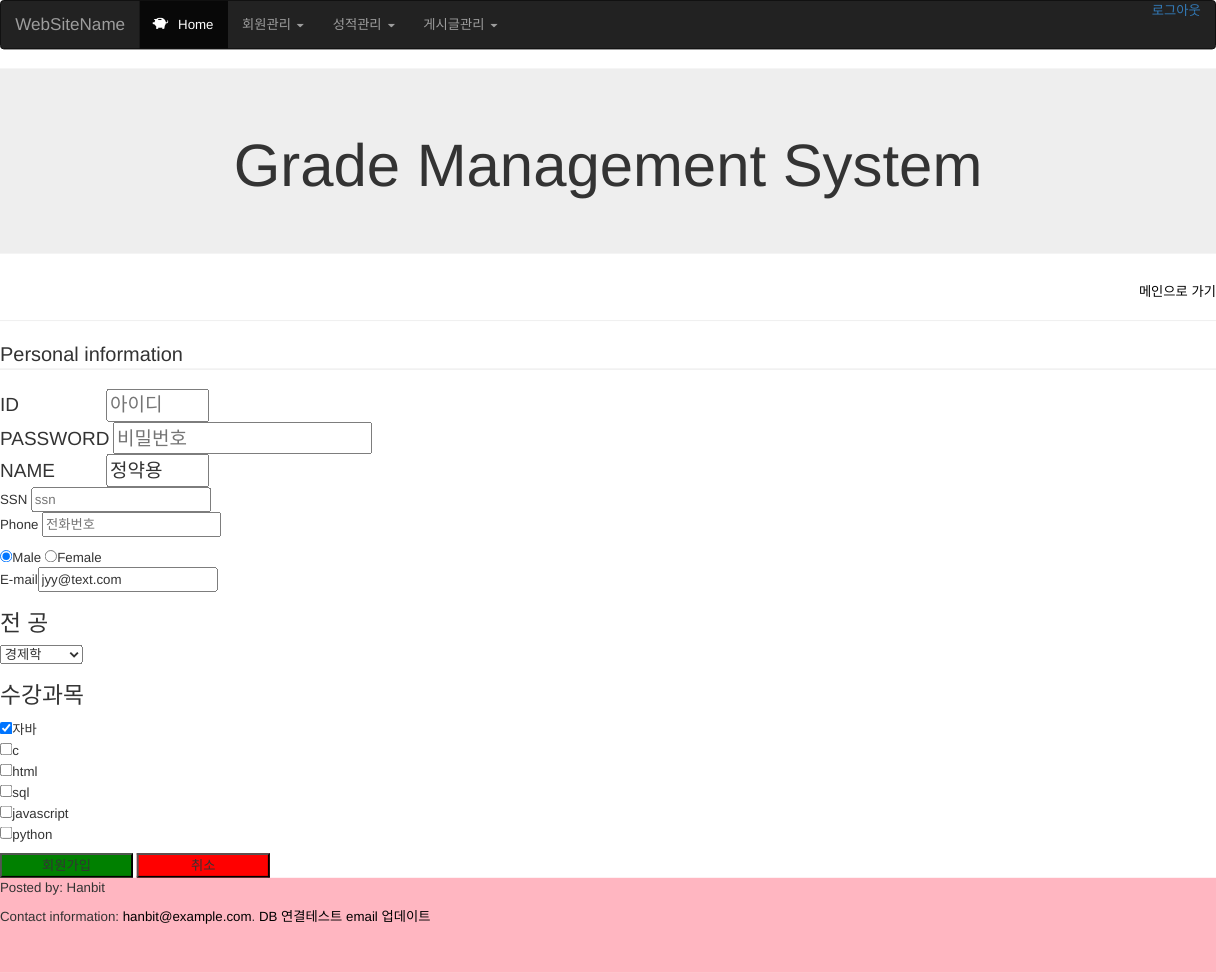
Repository: jeonghyunseok/GMSUI
Page: http://localhost/GMS2/WEB-INF/view/member/member_add.jsp
An editor plug-in stored every save of this project. The page is shown before and after the next save, followed by the edit.
The browser window is 1280 px wide. The pictures show the whole page, at 95% of full size.
Some web libraries are served in a nearby version. The page is served by Tomcat 9. Nobody is signed in. Other server files are loaded and not shown. The template is opened directly, without the code that normally fills it, so the values that code supplies are empty.

Above is the page before, as saved 2017-08-16 08:28:50.

### GMS2/WebContent/WEB-INF/view/member/member_add.jsp
<%@ page language="java" contentType="text/html; charset=UTF-8"
	pageEncoding="UTF-8"%>
	<jsp:include page="../common/common_head.jsp"/>
		<hr />
		<div id="container">
			<form id="join_form" onsubmit="memberAdd()" >
				<fieldset>
					<legend>Personal information</legend>
					<span id="join_id">ID</span>
					<input name="id" id="join_id" type="text" placeholder="아이디" /><br />

					<span id="join_pass">PASSWORD</span>
					<input name="password" id="join_pass" type="password" placeholder="비밀번호" /><br />

					<span id="join_name">NAME</span>
					<input name="name" id="join_name" type="text" value="정약용"	placeholder="이름" /><br />

					<span id="join_ssn">SSN</span>
					<input name="ssn" id="join_ssn" type="text" placeholder="ssn" /><br />

					<span id="join_phone">Phone</span>
					<input name="phone" id="join_phone" type="text" placeholder="전화번호" /><br />
					<p></p>
					<input type="radio" name="gender" value="male" checked/>Male
					<input type="radio" name="gender" value="female">Female <br />
					E-mail<input type="email" name="email" value="jyy@text.com"/> <br />
					<h3>전 공</h3>
					<select name="major_id">
						<option value="computer">컴퓨터공학</option>
						<option value="economics" selected>경제학</option>
						<option value="tourism">관광학</option>
						<option value="art">미술학</option>
					</select><br />
					<h3>수강과목</h3>
					<input type="checkbox" name="subject" value="java" checked />자바<br />
					<input type="checkbox" name="subject" value="c" />c <br /> <input
						type="checkbox" name="subject" value="html" />html<br /> <input
						type="checkbox" name="subject" value="sql" />sql<br /> <input
						type="checkbox" name="subject" value="javascript" />javascript<br />
					<input type="checkbox" name="subject" value="python" />python<br />
					<p></p>
					<input id="join_yes_btn" type="submit" value="회원가입" />
					<input id="join_no_btn" type="reset" value="취소"/>
					<input type="hidden" name="page" vlaue="main"/>
					<input type="hidden" name="action" vlaue="join"/>
				</fieldset>
			</form>
		</div>

		<script>
		function memberAdd(){
			var form=document.getElementById('join_form');
			form.setAttribute('action','${ctx}/member.do');
			form.setAttribute('method','post');
			form.submit();
			return true;
			var join_id = document.getElementById("join_id").value;
			var join_pass = document.getElementById("join_pass").value;
			var join_name = document.getElementById("join_name").value;
			var join_phone = document.getElementById("join_phone").value;
			var join_ssn = document.getElementById("join_ssn").value;
			if(join_id===""){
				alert('ID를 입력해 주세요');
				return false;
			}
			if(join_pass===""){
				alert('PASSWORD를 입력해 주세요');
				return false;
			}
			if(join_name===""){
				alert('name를 입력해 주세요');
				return false;
			}
			if(join_phone===""){
				alert('phone를 입력해 주세요');
				return false;
			}
			if(join_ssn===""){
				alert('ssn를 입력해 주세요');
				return false;
			}
		}
		</script>
<jsp:include page="../common/footer.jsp"></jsp:include>

### GMS2/WebContent/WEB-INF/view/common/common_head.jsp
<%@ page language="java" contentType="text/html; charset=UTF-8" pageEncoding="UTF-8"%>

<!DOCTYPE html>
<html>
<head>
<meta charset="UTF-8" name="viewport"
	content="width=device-width, initial-scale=1.0">
<title>Student detail</title>

<link rel="stylesheet" href="${ctx}/resources/css/common.css" />
<link rel="stylesheet" href="${ctx}/resources/css/member.css" />
 <link rel="stylesheet" href="https://maxcdn.bootstrapcdn.com/bootstrap/3.3.7/css/bootstrap.min.css">

 <script src="https://ajax.googleapis.com/ajax/libs/jquery/3.2.0/jquery.min.js"></script>
 <script src="https://maxcdn.bootstrapcdn.com/bootstrap/3.3.7/js/bootstrap.min.js"></script>
</head>
<body>
	<div id="wrapper">
		<header>
	    <jsp:include page="navbar.jsp"></jsp:include>
		<div class="jumbotron text-center">
		<h1>Grade Management System</h1>
        </div>
		</header>
	<a id="go_main" href="/index.jsp">메인으로 가기</a><br />

### GMS2/WebContent/WEB-INF/view/common/navbar.jsp
<%@ page language="java" contentType="text/html; charset=UTF-8" pageEncoding="UTF-8"%>
<nav class="navbar navbar-inverse">
  <div class="container-fluid">
    <div class="navbar-header">
      <a class="navbar-brand" href="#">WebSiteName</a>
    </div>
  	  <ul class="nav navbar-nav">
  	   <li class="active"><a id="nav_move"><span class="glyphicon glyphicon-piggy-bank"></span> &nbsp; Home</a></li>

		<li class="dropdown">
      <a href="#" class="dropdown-toggle"
      	data-toggle="dropdown" role="button"
      	aria-haspopup="true"
      	aria-expanded="false">회원관리 <span class="caret">
      	</span></a>

      	<ul id="navbar_drop_stu" >
   		<li><a >학생추가</a></li>
   		<li><a >학생목록</a></li>
   		<li><a >학생조회</a></li>
   		<li ></li>
   		<li><a >학생삭제</a></li>
      	</ul>
      	</li>

      	<li class="dropdown">
      <a href="#" class="dropdown-toggle"
      	data-toggle="dropdown" role="button"
      	aria-haspopup="true"
      	aria-expanded="false">성적관리 <span class="caret">
      	</span></a>
      	<ul id="navbar_drop_grade">
   		<li><a >성적추가</a></li>
   		<li><a >성적목록</a></li>
   		<li><a >성적조회</a></li>
   		<li ></li>
   		<li><a >성적 삭제</a></li>
      	</ul>
      	</li>

      	<li class="dropdown">
       <a href="#" class="dropdown-toggle"
       	data-toggle="dropdown" role="button"
      	aria-haspopup="true"
      	aria-expanded="false">게시글관리 <span class="caret">
      	</span></a>
      	<ul id="navbar_drop_board" >
   		<li><a >게시글추가</a></li>
   		<li><a >게시글목록</a></li>
   		<li><a >게시글조회</a></li>
   		<li ></li>
   		<li><a >게시글 삭제</a></li>
      	</ul>
      	</li>
   	 </ul>
   		<span class="gms-float-right" style="color:white"> ${sessionScope.user.name} &nbsp;
   		 <a  id="logout" >로그아웃</a></span>
	</div>
</nav>
	<script>

		function logout(dir,page){
		location.href="${ctx}/"+dir+".do?action=move&page="+page;
		return true;
		}

		function moveTo(dir,page){
			location.href="${ctx}/"+dir+".do?action=move&page="+page;
			}

		function deleteTarget(target){
	 		prompt(target+'의 ID?');
	 	}
		function mainLoad(){

			var u1=document.getElementById("main_ul_stu");
		 	var u2=document.getElementById("main_ul_grade");
		 	var u3=document.getElementById("main_ul_board");

		 u1.setAttribute("class","list-group");
		 u2.setAttribute("class","list-group");
		 u3.setAttribute("class","list-group");

		 	var u1c=u1.children;
		 	var u2c=u2.children;
		 	var u3c=u3.children;

		 	var i;
		 	for(i=0;i<u1c.length;i++){
		 		u1c[i].setAttribute("class","list-group-item");
		 	}

		 	for(i=0;i<u2c.length;i++){
		 		u2c[i].setAttribute("class","list-group-item");
		 	}
		 	for(i=0;i<u3c.length;i++){
		 		u3c[i].setAttribute("class","list-group-item");
		 	}

		 	u1c[0].setAttribute("onclick","moveTo('member','member_add')")
		 	u1c[1].setAttribute("onclick","moveTo('member','member_list')")
		 	u1c[2].setAttribute("onclick","moveTo('member','member_search')")
		 	u1c[3].setAttribute("onclick","moveTo('member','member_update')")
		 	u1c[4].setAttribute("onclick","deleteTarget('학생')")

		 	u2c[0].setAttribute("onclick","moveTo('grade','grade_add')")
		 	u2c[1].setAttribute("onclick","moveTo('grade','grade_list')")
			u2c[2].setAttribute("onclick","moveTo('grade','grade_detail')")
		 	u2c[3].setAttribute("onclick","moveTo('grade','grade_update')")
		 	u2c[4].setAttribute("onclick","deleteTarget('성적')");

		 	u3c[0].setAttribute("onclick","moveTo('board','board_add')")
		 	u3c[1].setAttribute("onclick","moveTo('board','board_list')")
		 	u3c[2].setAttribute("onclick","moveTo('board','board_update')")
		 	u3c[3].setAttribute("onclick","deleteTarget('게시글')")

		}

		function navbarLoad(){

			var u1=document.getElementById("navbar_drop_stu");
		 	var u2=document.getElementById("navbar_drop_grade");
		 	var u3=document.getElementById("navbar_drop_board");

		 	var u1c=u1.children;
		 	var u2c=u2.children;
		 	var u3c=u3.children;

		 u1.setAttribute("class","dropdown-menu");
		 u2.setAttribute("class","dropdown-menu");
		 u3.setAttribute("class","dropdown-menu");


			 var nav_move=document.getElementById("nav_move");
		 	nav_move.setAttribute("onclick","moveTo('common','main')");

		 	var logout=document.getElementById("logout");
			 logout.setAttribute("onclick","moveTo('common','index')");


		 	u1c[0].setAttribute("onclick","moveTo('member','member_add')")
		 	u1c[1].setAttribute("onclick","moveTo('member','member_list')")
		 	u1c[2].setAttribute("onclick","moveTo('member','member_search')")
		 	u1c[3].setAttribute("role","separator");
		 	u1c[3].setAttribute("class","divider");
		 	u1c[4].setAttribute("onclick","deleteTarget('학생')")

		 	u2c[0].setAttribute("onclick","moveTo('grade','grade_add')")
		 	u2c[1].setAttribute("onclick","moveTo('grade','grade_list')")
		 	u2c[2].setAttribute("onclick","moveTo('grade','grade_detail')")
			u2c[3].setAttribute("role","separator");
		 	u2c[3].setAttribute("class","divider");
		 	u2c[4].setAttribute("onclick","deleteTarget('성적')");

		 	u3c[0].setAttribute("onclick","moveTo('board','board_add')")
		 	u3c[1].setAttribute("onclick","moveTo('board','board_list')")
		 	u3c[2].setAttribute("onclick","moveTo('board','board_update')")
		 	u3c[3].setAttribute("role","separator");
		 	u3c[3].setAttribute("class","divider");
		 	u3c[4].setAttribute("onclick","deleteTarget('게시글')")

		}
		  	window.onload=navbarLoad();


	</script>

### GMS2/WebContent/WEB-INF/view/common/footer.jsp
<%@ page language="java" contentType="text/html; charset=UTF-8" pageEncoding="UTF-8"%>
<!doctype html>
	<footer>
		<div>
				<p>Posted by: Hanbit</p>
				<p>
					Contact information: <a href="mailto:someone@example.com">
						hanbit@example.com</a>.
				<a href="../jdbctest.jsp">DB 연결테스트</a>
				<a href="../util/update_email.jsp">email 업데이트</a>
				</p>
	</div>
		</footer>
			</div>
					</body>
			</html>

### GMS2/WebContent/resources/css/common.css
@CHARSET "UTF-8";
html, body{height: 100%; margin: 0; padding: 0; border: 0;}
table{border-collapse:collapse;}
#wrapper{position: relative; min-height:100%;padding-bottom:100px;}
footer{position: absolute; bottom: 0; left: 0; width: 100%;  height: 100px;  background-color: lightpink;}
fotter div{width:80%;}
#go_main{float:right}
#container{width:100%; margin:0 auto; }
#text-cen{text-align: center}
#title{text-align:center; margin:0 auto;}
#text-cen{text-align:center;}
.gms-text-center{text-align:center;}
.gms-border-black{border: 1px solid black;}
.gms-width-30pro{width:30%;}
.gms-width-100pro{width:100%;}
.gms-text-deconone{text-decoration: none}
.gms-margine-auto{margin:0 auto}
.gms-list-none{list-style-type:none}
.gms-display-inline{display: inline-block;}
.gms-color-green{color:green}
.gms-backcolor-yellow{background-color:yellow}
.gms-color-blue{color:blue}
.gms-backcolor-red{background-color:#9afafa}
.gms-float-right{float:right}


/* unvisited link */
a:link { color: black;}
/* visited link */
a:visited {color: green;}
/* mouse over link */
a:hover {color: red;}
/* selected link */
a:active {color: blue;}

### GMS2/WebContent/resources/css/member.css
@CHARSET "UTF-8";
@IMPORT "common.css";
/*index.jsp*/
#index-tab{width:75%; margin:80px auto;width:80%;border:2px solid blue}
#index-tab-tr>td{border: 1px solid black; width:30%;padding:30px; text-align:center; text-decoration: none}
#index-tab-tr>th{border: 1px solid black; width:30%; text-align:center; text-decoration: none}
.index-ul{width: 200px;text-decoration: none;list-style-type:none}
.index-ul>li{border: 1px solid black;}
.index-ul>li>a{text-decoration: none; list-style-type:none}
#wrapper{width:100%;}
#index-h1{text-align:center; margin:0 auto;font-size:80px;}
/*login.jsp*/
#login_img{width: 200px;height: 200px; text-align:center;}
#login_id{font-size:20px;width:108px;display: inline-block;}
#login_pass{font-size:20px;display: inline-block;}
#login_botton{width: 150px; background-color:yellow;}
#cancel_botton{width: 150px; background-color:red;}
/*join.jsp*/
#join_id{font-size:20px;width:108px;display: inline-block;}
#join_pass{font-size:20px;display: inline-block;}
#join_name{font-size:20px;width:108px;display: inline-block;}
#join_birth{font-size:15px;width:60px;display: inline-block;}
#join_yes_btn{width:140px ; background-color:green;margin:0 auto;}
#join_no_btn{width:140px ; background-color:red;margin:0 auto;}
#join_form{margin:0 auto;}
/*login_list.jsp*/
#member_list_tab {width:60%;margin:0 auto;}
#member_list_tab th{border-bottom:2px solid black;height:40px;text-align:center;background-color:yellow;}
#member_list_tab td{border-bottom:2px solid black;height:40px;text-align:center;}
/*member_search*/
#member_search_box{width:300px;margin:0 auto;}
/*member_detail*/
#member_detail_tab {width: 60%;margin:0 auto;}
#member_detail_tab tr{border:2px solid black;height:40px;text-align:center;}
#member_detail_tab td{border:2px solid black;height:40px;text-align:center;}

After the next save:
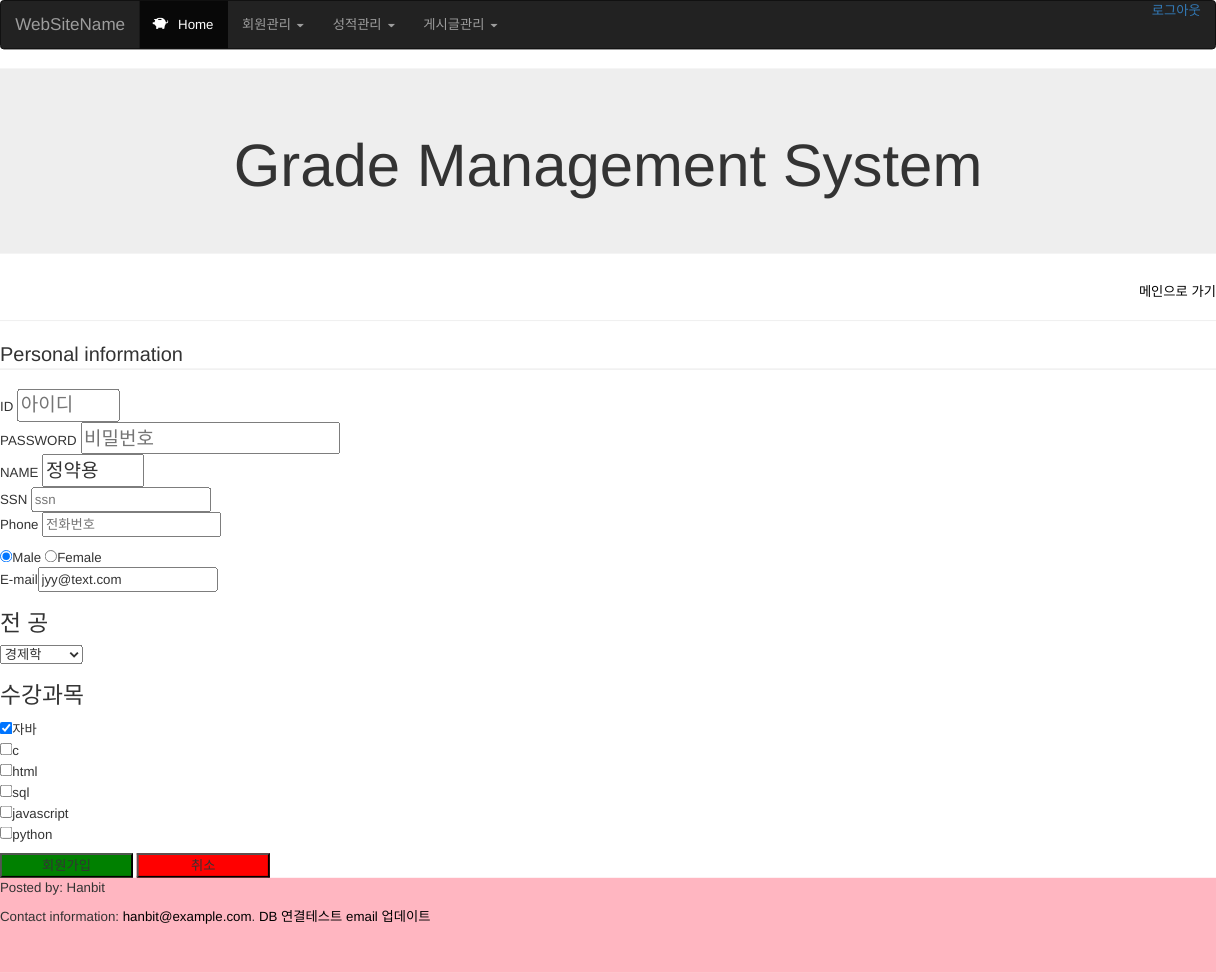
Saved 5 min 33 s later.
--- a/GMS2/WebContent/WEB-INF/view/member/member_add.jsp
+++ b/GMS2/WebContent/WEB-INF/view/member/member_add.jsp
@@ -6,19 +6,20 @@
 			<form id="join_form" onsubmit="memberAdd()" >
 				<fieldset>
 					<legend>Personal information</legend>
-					<span id="join_id">ID</span>
+
+					<span >ID</span>
 					<input name="id" id="join_id" type="text" placeholder="아이디" /><br />
 
-					<span id="join_pass">PASSWORD</span>
+					<span >PASSWORD</span>
 					<input name="password" id="join_pass" type="password" placeholder="비밀번호" /><br />
 
-					<span id="join_name">NAME</span>
+					<span >NAME</span>
 					<input name="name" id="join_name" type="text" value="정약용"	placeholder="이름" /><br />
 
-					<span id="join_ssn">SSN</span>
+					<span i>SSN</span>
 					<input name="ssn" id="join_ssn" type="text" placeholder="ssn" /><br />
 
-					<span id="join_phone">Phone</span>
+					<span >Phone</span>
 					<input name="phone" id="join_phone" type="text" placeholder="전화번호" /><br />
 					<p></p>
 					<input type="radio" name="gender" value="male" checked/>Male
@@ -54,6 +55,7 @@
 			form.setAttribute('method','post');
 			form.submit();
 			return true;
+
 			var join_id = document.getElementById("join_id").value;
 			var join_pass = document.getElementById("join_pass").value;
 			var join_name = document.getElementById("join_name").value;
